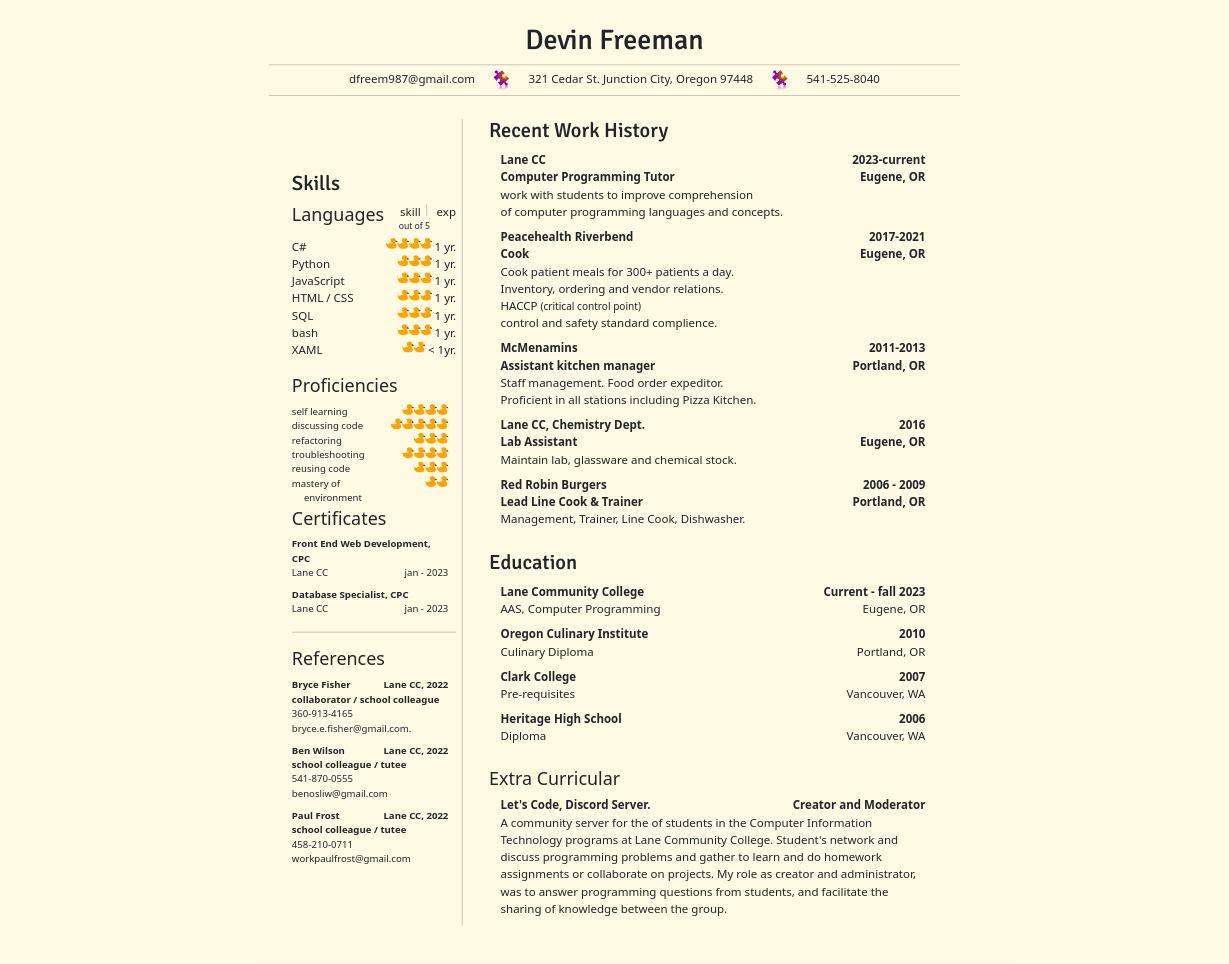
Repository: Dfreem/Resume
Page: index.html
An editor plug-in stored every save of this project. The page is shown before and after the next save, followed by the edit.
The browser window is 1280 px wide. The pictures show the whole page, at 96% of full size.

Above is the page before, as saved 2023-01-20 10:28:18.

### index.html
<!DOCTYPE html>
<html lang="en">

<head>
    <meta charset="UTF-8">
    <meta http-equiv="X-UA-Compatible" content="IE=edge">
    <meta name="viewport" content="width=device-width, initial-scale=1.0">
    <link href="https://cdn.jsdelivr.net/npm/bootstrap@5.3.0-alpha1/dist/css/bootstrap.min.css" rel="stylesheet"
        integrity="sha384-GLhlTQ8iRABdZLl6O3oVMWSktQOp6b7In1Zl3/Jr59b6EGGoI1aFkw7cmDA6j6gD" crossorigin="anonymous">
    <link href="resume.css" rel="stylesheet" />
    <title>Devin Freeman</title>
</head>

<body>

    <h1>Devin Freeman</h1>
    <hr />

    <!-- ========= banner ========= -->

    <div class="personal-info">
        dfreem987@gmail.com
        &emsp;
        <span><img src="puzzle.png" class="puzzle-piece"></img></span>
        &emsp;
        321 Cedar St. Junction City, Oregon 97448
        &emsp;
        <span><img src="puzzle.png" class="puzzle-piece"></img></span>
        &emsp;
        541-525-8040
        <!-- &nbsp;freemand@my.lanecc.edu -->
    </div>
    <hr />
    <!-- ========= Skills start ========= -->

    <div class="hstack">
        <div class=" skill-stack">
            <h2>Skills</h2>

            <!-- ========= programming language list ========= -->

            <ul class="langs">
                <div class="d-flex flex-row flex-nowrap">
                    <h3>Languages</h3>
                    <div class="push-right">
                        skill&nbsp;
                        <div class="vr"></div>
                        &nbsp; exp<br />
                        <sup>out of 5</sup>
                        &emsp;&emsp;
                    </div>
                </div>
                <li class="d-flex flex-row flex-nowrap">
                    C#
                    <div class="push-right four"></div>
                    &nbsp;1 yr.
                </li>
                <li class="d-flex flex-row flex-nowrap">
                    Python
                    <div class="push-right three"></div>
                    &nbsp;1 yr.
                </li>
                <li class="d-flex flex-row flex-nowrap">
                    JavaScript
                    <div class="push-right three"></div>
                    &nbsp;1 yr.
                </li>
                <li class="d-flex flex-row flex-nowrap">
                    HTML / CSS
                    <div class="push-right three"></div>
                    &nbsp;1 yr.
                </li>
                <li class="d-flex flex-row flex-nowrap">
                    SQL
                    <div class="push-right three"></div>
                    &nbsp;1 yr.
                </li>
                <li class="d-flex flex-row flex-nowrap">
                    bash
                    <div class="push-right three"></div>
                    &nbsp;1 yr.
                </li>
                <li class="d-flex flex-row flex-nowrap">
                    XAML
                    <div class="push-right two"></div>
                    &nbsp;< 1yr. </li>
            </ul>

            <!-- ========= Soft Skills ========= -->

            <h3>Proficiencies</h3>
            <ul class="profs me-2">
                <li class="d-flex flex-row flex-nowrap">
                    self learning<div class="push-right four"></div>
                </li>
                <li class="d-flex flex-row flex-nowrap">
                    discussing code<div class="push-right five"></div>
                </li>
                <li class="d-flex flex-row flex-nowrap">
                    refactoring<div class="push-right three"></div>
                </li>
                <li class="d-flex flex-row flex-nowrap">
                    troubleshooting<div class="push-right four"></div>
                </li>
                <li class="d-flex flex-row flex-nowrap">
                    reusing code<div class="push-right three"></div>
                </li>
                <li class="d-flex flex-row flex-nowrap">
                    mastery of <br />&emsp; environment<div class="push-right two">
                    </div>
                </li>
            </ul>

            <!-- ========= Certifications ========= -->

            <h3>Certificates</h3>
            <dl class="profs me-2">
                <dt>Front End Web Development, CPC</dt>
                <dd class="d-flex flex-row flex-nowrap">Lane CC<div class="push-right">jan - 2023</div>
                </dd>

                <dt>Database Specialist, CPC </dt>
                <dd class="d-flex flex-row flex-nowrap">Lane CC<div class="push-right">jan - 2023</div>
                </dd>
            </dl>

            <!-- ========= Professional References ========= -->

            <hr class="my-3" />
            <h3>References</h3>
            <dl class="profs me-2">
                <dt class="d-flex flex-row flex-nowrap">
                    Bryce Fisher
                    <div class="push-right">
                        Lane CC, 2022
                    </div>
                </dt>
                <dd>
                    <b>collaborator / school colleague</b><br />
                    360-913-4165 <br />
                    bryce.e.fisher@gmail.com.
                </dd>
            </dl>

            <dl class="profs me-2">
                <dt class="d-flex flex-row flex-nowrap">
                    Ben Wilson
                    <div class="push-right">
                        Lane CC, 2022
                    </div>
                </dt>
                <dd>
                    <b>school colleague / tutee</b><br />
                    541-870-0555<br />
                    benosliw@gmail.com
                </dd>
            </dl>

            <dl class="profs me-2">
                <dt class="d-flex flex-row flex-nowrap">
                    Paul Frost
                    <div class="push-right">
                        Lane CC, 2022
                    </div>
                </dt>
                <dd>
                    <b>school colleague / tutee</b><br />
                    458-210-0711<br />
                    workpaulfrost@gmail.com<br />

                </dd>
            </dl>
        </div>
        <div class="vr my-4"></div>
        <div class="vstack work-stack">

            <!-- ========= Most Recent Work History ========= -->

            <dl class="work-history mt-4">
                <h2> Recent Work History</h2>

                <!-- ========== work history slot 1 ========== -->

                <div class="container work-container">
                    <dt class="d-flex flex-nowrap flex-row">
                        Lane CC
                        <br />
                        Computer Programming Tutor
                        <div class="push-right">
                            2023-current
                            <br />
                            Eugene, OR
                        </div>
                    </dt>
                    <dd class="ed-details">
                        work with students to improve comprehension <br /> of computer programming languages and
                        concepts.
                    </dd>
                </div>

                <!-- ========== work history slot 2 ========== -->
                <div class="container work-container">
                    <dt class="d-flex flex-nowrap flex-row">
                        Peacehealth Riverbend
                        <br />
                        Cook
                        <div class="push-right">
                            2017-2021
                            <br />
                            Eugene, OR
                        </div>
                    </dt>
                    <dd class="ed-details">
                        Cook patient meals for 300+ patients a day. <br />
                        Inventory, ordering and vendor relations. <br />
                        HACCP <small>(critical control point)</small><br />
                        control and safety standard complience. <br />
                    </dd>
                </div>

                <!-- ========== work history slot 3 ========== -->

                <div class="container work-container">
                    <dt class="d-flex flex-nowrap flex-row">
                        McMenamins
                        <br />
                        Assistant kitchen manager
                        <div class="push-right">
                            2011-2013
                            <br />
                            Portland, OR
                            <br />
                        </div>
                    </dt>
                    <dd class="ed-details">
                        Staff management. Food order expeditor. <br />
                        Proficient in all stations including Pizza Kitchen.
                    </dd>
                </div>

                <!-- ========== work history slot 3 ========== -->

                <div class="container work-container">
                    <dt class="d-flex flex-nowrap flex-row">
                        Lane CC, Chemistry Dept.
                        <br />
                        Lab Assistant
                        <div class="push-right">
                            2016
                            <br />
                            Eugene, OR
                        </div>
                    </dt>
                    <dd class="ed-details">Maintain lab, glassware and chemical stock.</dd>
                </div>

                <!-- ========== work history slot 4 ========== -->

                <div class="container work-container">
                    <dt class="d-flex flex-nowrap flex-row">
                        Red Robin Burgers
                        <br />
                        Lead Line Cook & Trainer
                        <div class="push-right">
                            2006 - 2009
                            <br />
                            Portland, OR
                        </div>

                    </dt>
                    <dd class="ed-details">Management, Trainer, Line Cook, Dishwasher.</dd>
                </div>
            </dl>

            <!-- ========== Education Start ========== -->

            <dl class="education">
                <h2>Education</h2>

                <!-- ========== Education slot 1 ========== -->

                <div class="container work-container">
                    <dt class="d-flex flex-nowrap flex-row">
                        <div class="ed-title">Lane Community College</div>
                        <div class="push-right">Current - fall 2023</div>
                    </dt>
                    <dd class="d-flex flex-nowrap flex-row">
                        <div class="ed-title">AAS, Computer Programming </div>
                        <span class="push-right"> Eugene, OR </span>
                    </dd>
                </div>

                <!-- ========== Education slot 2 ========== -->

                <div class="container work-container">
                    <dt class="d-flex flex-nowrap flex-row">
                        <div class="ed-title">Oregon Culinary Institute</div>
                        <span class="push-right">2010</span>
                    </dt>
                    <dd class="d-flex flex-nowrap flex-row">
                        <div class="ed-title">Culinary Diploma</div>
                        <span class="push-right">Portland, OR</span>
                    </dd>
                </div>

                <!-- ========== Education slot 3 ========== -->

                <div class="container work-container">
                    <dt class="d-flex flex-nowrap flex-row">
                        <div class="ed-title">Clark College</div>
                        <span class="push-right">2007</span>
                    </dt>
                    <dd class="d-flex flex-nowrap flex-row">
                        <div class="ed-title">Pre-requisites</div>
                        <span class="push-right">Vancouver, WA</span>
                    </dd>
                </div>

                <!-- ========== Education slot 4 ========== -->

                <div class="container work-container">
                    <dt class="d-flex flex-nowrap flex-row">
                        <div class="ed-title">Heritage High School</div>
                        <span class="push-right">2006</span>
                    </dt>
                    <dd class="d-flex flex-nowrap flex-row">
                        <div class="ed-title">Diploma</div>
                        <span class="push-right">Vancouver, WA</span>
                    </dd>
                </div>
            </dl>

            <!-- ========= Extra Curricular activities ========= -->

            <dl class="extra">
                <h3>Extra Curricular</h3>
                <div class="container work-container">
                    <dt class="d-flex flex-nowrap flex-row">
                        <div class="ed-title">Let's Code, Discord Server.</div>
                        <span class="push-right"> Creator and Moderator</span>
                    </dt>
                    <dd>
                        <p>
                            A community server for the of students in the Computer Information Technology programs
                            at Lane Community College. Student's network and discuss programming problems and gather
                            to learn and do homework assignments or collaborate on projects. My role as creator and
                            administrator, was to answer programming questions from students, and facilitate the sharing
                            of knowledge between the group.
                        </p>
                    </dd>
                </div>
            </dl>
        </div>
    </div>
    <dl class="d-grid container">
        <div class="row">

    </dl>
    </div>

</body>
<script src="https://cdn.jsdelivr.net/npm/bootstrap@5.3.0-alpha1/dist/js/bootstrap.bundle.min.js"
    integrity="sha384-w76AqPfDkMBDXo30jS1Sgez6pr3x5MlQ1ZAGC+nuZB+EYdgRZgiwxhTBTkF7CXvN"
    crossorigin="anonymous"></script>

</html>

### resume.css
@import url('https://fonts.googleapis.com/css2?family=Raleway:ital,wght@0,500;0,700;0,800;1,500&family=Signika:wght@400;500;700&display=swap');

/*
font-family: 'Raleway', sans-serif;
font-family: 'Signika', sans-serif;
*/
body {
    padding-inline: 0.5in;
    padding-block-start: 2em;
    margin: auto;
    max-width: 8.5in;
    min-width: 8.5in;
    max-height: 11in;
    font-size: 12px;
    background-color: rgb(255, 250, 228);
}

.personal-info {
    text-align: center;
    margin-bottom: 0;
}

h1 {
    font-family: 'Signika', sans-serif;
    text-align: center;
    font-size: 22pt;
    letter-spacing: 105%;
}

h2 {
    font-family: 'Signika', sans-serif;
    font-size: 16pt;
    margin-block-start: 0;
}

h3 {
    font-size: 14pt;
    width: fit-content;
}

h4 {
    font-size: 13pt;
}

.puzzle-piece {
    width: 1.6em;
    margin-block: .3em;
}

.work-history {
    width: 90%;
    align-self: flex-end;
    margin-inline-end: 2em;
}

.education {
    align-self: flex-end;
    margin-inline-end: 2em;
    width: 90%;
    margin-block-start: 0em;
}

.skill-stack {
    margin-inline-start: 2em;
    margin-inline-end: .5em;
    margin-block: 1em;
    width: 30vw;
    height: fit-content;
}

.push-right {
    margin-inline-start: auto;
    text-align: end;
}

.profs {
    font-size: 10px;
    margin-block: .3em;
}

.extra {
    align-self: flex-end;
    margin-inline-end: 2em;
    width: 90%;
    margin-block-start: 0em;
}

.five {
    background-image: url("ducky.png");
    background-size: 12px;
    background-repeat: repeat-x;
    width:60px;
 }

.four {
    background-image: url("ducky.png");
    background-size: 12px;
    background-repeat: repeat-x;
    width:48px;
    /* background-position: ; */
}

.three {
    background-image: url("ducky.png");
    background-size: 12px;
    background-repeat: repeat-x;
    width:36px;
 }
.two {
    background-image: url("ducky.png");
    background-size: 12px;
    background-repeat: repeat-x;
    width:24px;
 }


hr {
    margin-block: 0;
}

ul {
    padding-Inline: 0;
}

li {
    list-style: none;
}

After the next save:
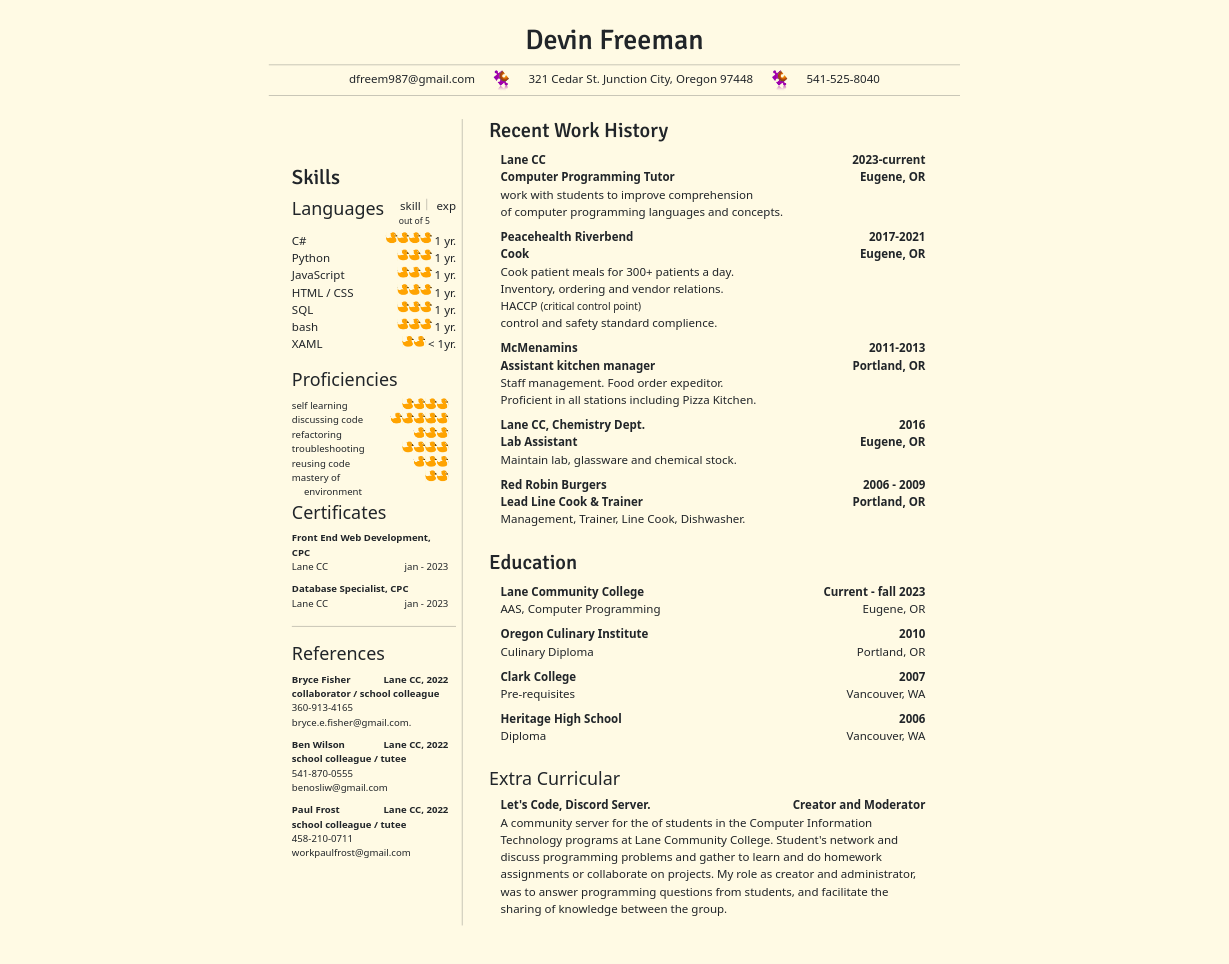
Saved 13 s later.
--- a/resume.css
+++ b/resume.css
@@ -63,7 +63,7 @@ h4 {
 .skill-stack {
     margin-inline-start: 2em;
     margin-inline-end: .5em;
-    margin-block: 1em;
+    margin-block-end: 1em;
     width: 30vw;
     height: fit-content;
 }
